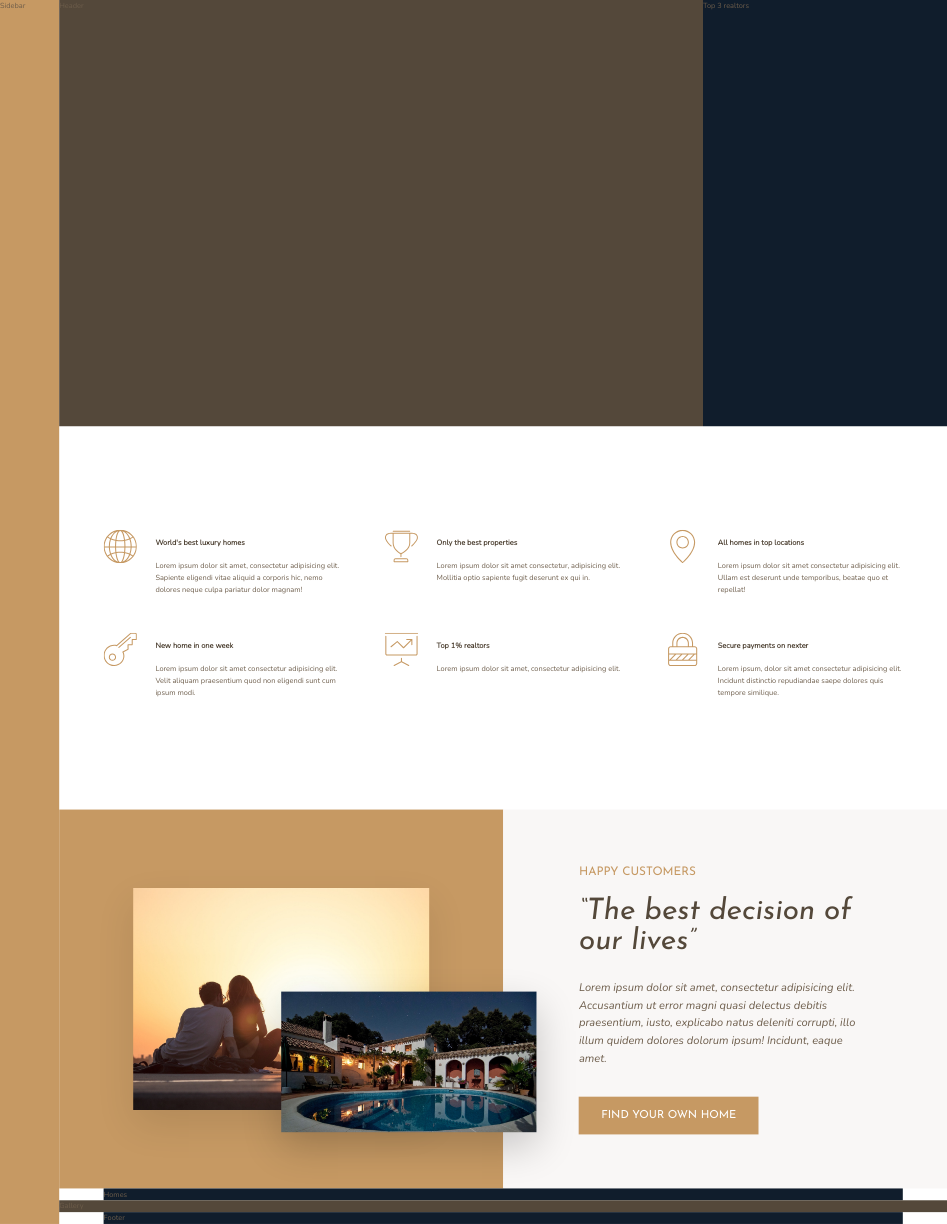
Repository: achwesiuk/nexter
Page: index.html
The author's editor kept a copy of each file at every save. The page is drawn from the files as they stood at one save, then again after the next save.
The browser window is 1280 px wide. The pictures show the whole page, at 74% of full size.
The style sheet was rebuilt from its Sass, Less or Tailwind sources for each picture, by a compiler version that may differ from the author's.

Above is the page before, as saved 2021-02-23 13:17:00.

After the next save:
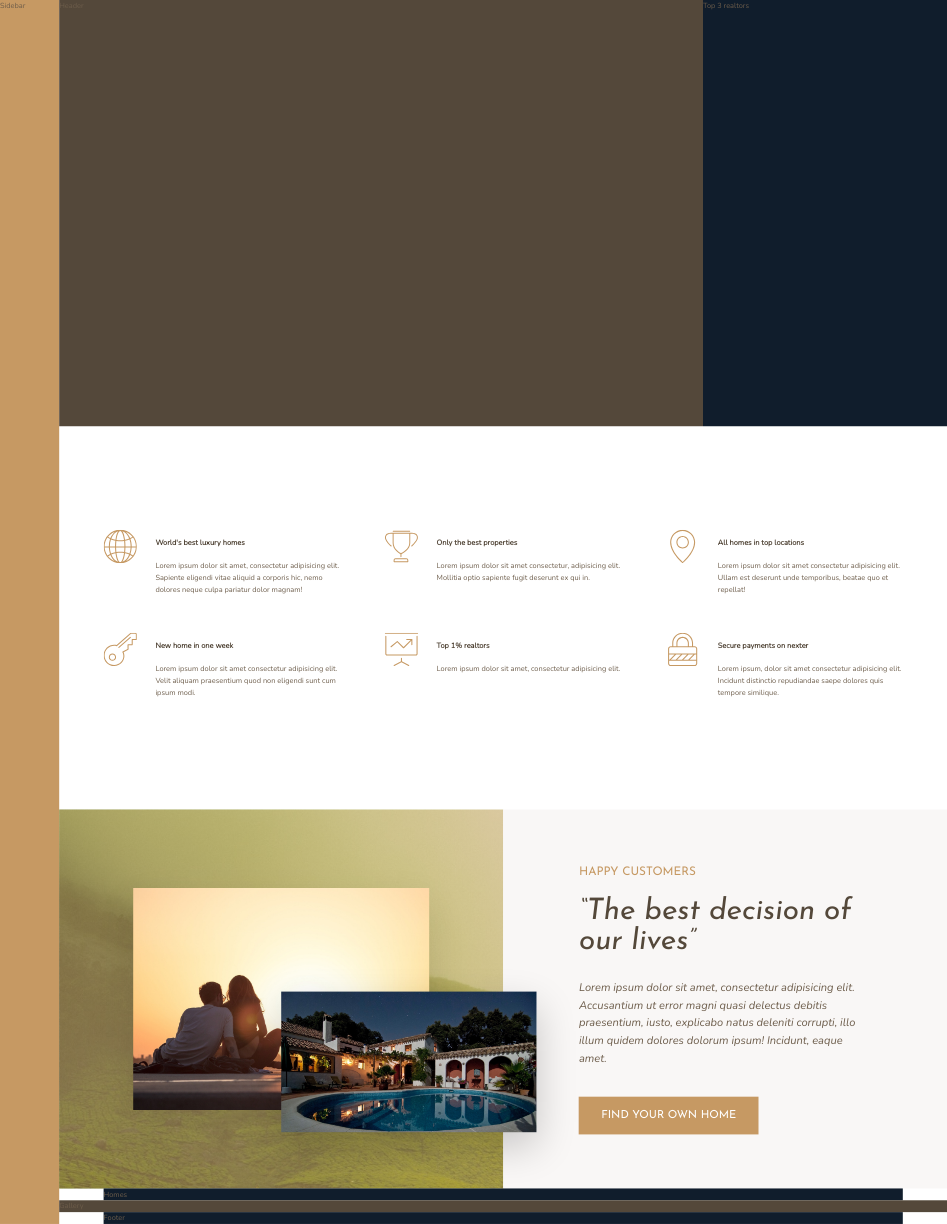
Saved 27 s later.
--- a/sass/_story.scss
+++ b/sass/_story.scss
@@ -3,7 +3,7 @@
     &__pictures {
         background-color: $color-primary;
         grid-column: full-start / col-end 4;
-        background-image: linear-gradient(rgba($color-primary, .5), rgba($color-primary, .5),)  url(../img/back.jpg);
+        background-image: linear-gradient(rgba($color-primary, .5), rgba($color-primary, .5)),  url(../img/back.jpg);
 
         display: grid;
         grid-template-rows: repeat(6, 1fr);
